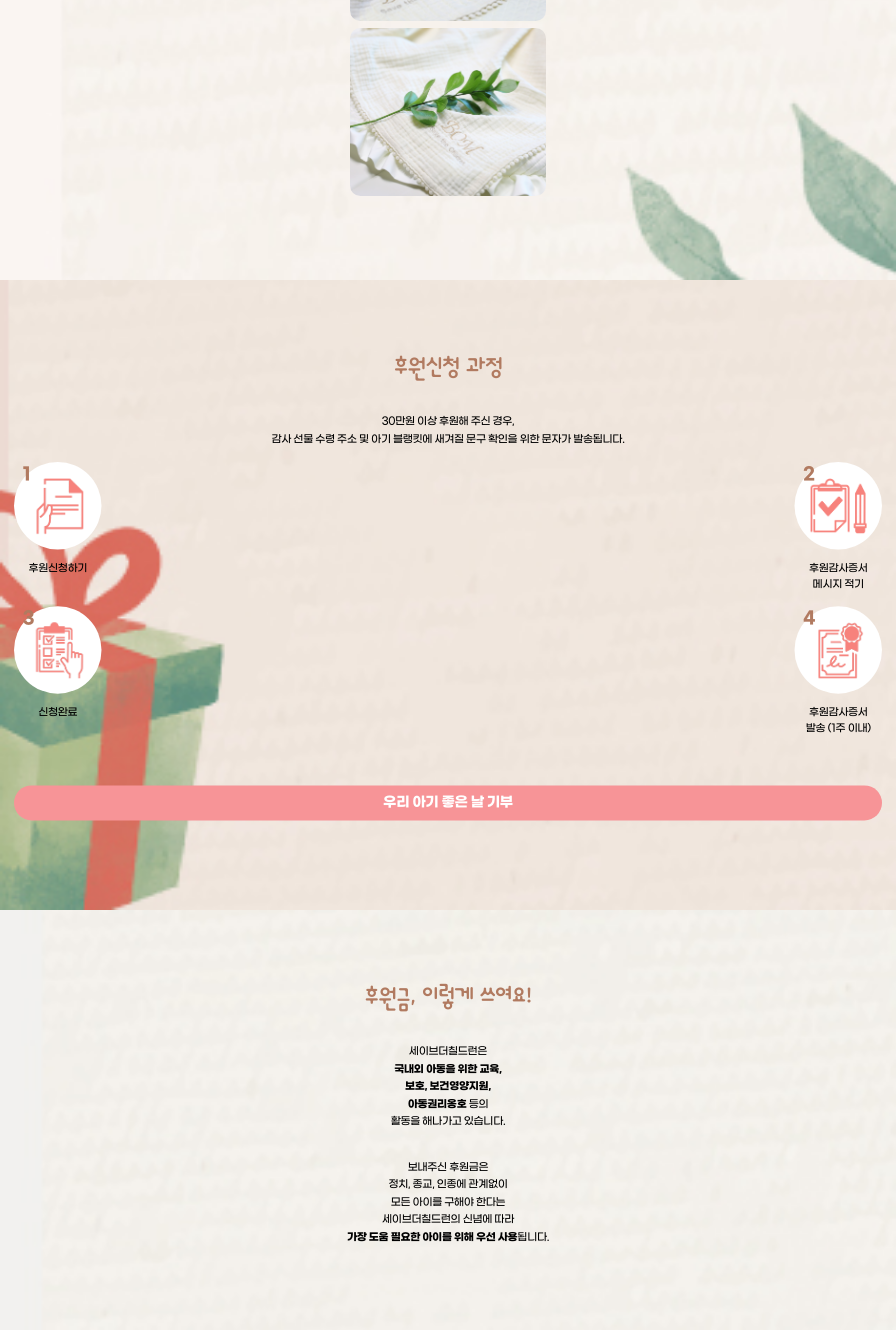
Repository: dlgywls1130/save_the_m320
Page: index.html
These files come from the project's save history. The page is drawn as it stood at one moment and after the next save; the edit follows.
The browser window is 1280 px wide. The pictures show the part of the page from y = 4240 to 6140 px (the page is 7140 px tall), at 70% of full size.
Pictures or frames that could not be fetched are drawn as grey boxes.

Above is the page before, as saved 2023-12-21 11:25:19.

### index.html
<!DOCTYPE html>
<html lang="en">
<head>
    <meta charset="UTF-8">
    <meta name="viewport" content="width=device-width, initial-scale=1.0">
    <title>세이브더칠드런</title>

    <link rel="stylesheet" href="./css/reset.css">
    <link rel="stylesheet" href="./css/style.css">

</head>
<body>
    <div class="content_body">
        <section class="section_wrapper section01">
            <div class="se01 se_wrapper">
                <div class="seo01_mobile_wrapp">
                    <div class="se01_sub">
                        <div class="sub_logo">
                            <img src="./img/logo01.png" alt="logo">
                        </div>
                        <p>우리 아기 좋은 날 기부</p>
                    </div>
                    <p class="seo01_title">
                        아가야,
                    </p>
                    <p class="seo01_title_two">
                        너의 <span id="rollingText">탄생</span> 순간을 축하해!
                    </p>
                </div>
                <div class="seo01_mobile_wrapp_bottom">
                    <p class="section_descript mb-45">
                        아이의 건강과 행복을
                        <br>바라는 마음을 담아,
                        <br>탄생, 백일, 첫 걸음마, 첫돌 등
                        <br>내 아이의 소중한 순간을
                        <br>기부로 기념해보세요.
                        <br>함께 자라나는 다른 아이들
                        <br>에게도 큰 축복이 됩니다..
                    </p>

                    <a class="donation_link" href="javascript:void(0)">우리 아기 좋은 날 기부</a>
                </div>

            </div>
        </section>
        <section class="section_wrapper section02">
            <div class="se02 se_wrapper">
                <div class="postit_wrapper">
                    <div class="postit postit01">
                        <p>우리 아들 우현이의<br>
                        200일을 축하해.<br>
                        <span>건강하게 자라줘서 고마워 <img src="./img/heart.png"></span>
                        늘 사랑받고 받은 사랑만큼<br>
                        베풀 수 있는 건강하고<br>
                        멋진 아들이 되길 바래!</p>
                    </div>
                    <div class="postit postit02">
                        <p>우리 새로아<Br>
                        백일 동안 무럭무럭 자라줘서<Br>
                        고마워~앞으로도 건강하고<Br>
                        우리 같이 재미있게 많이 놀자.<Br>
                        엄마,아빠가 많이 사랑해.</p>
                    </div>

                    <div class="postit postit05">
                        <p>사랑하는 도현이의<br>
                        첫 어린이날과 첫돌을<br>
                        기념하며, <br>
                        이웃을 사랑하는<br>
                        멋진 사람으로 자라길</p>

                    </div>
                    <!-- <div class="postit postit04">
                        <p>보미야<br>
                        첫 번째 생일 축하해<br>
                        너의 존재가 온 세상에<br>
                        봄이길 바랄게!   </p>
                    </div> -->

                    <!-- <div class="postit postit03">
                        <p>서진아<br>
                        우리에게 와줘서 고마워<br>
                        건강하고 행복하게 자라렴.<br>
                        사랑해♡      </p>
                    </div> -->

                </div>

            </div>
        </section>
        <section class="section_wrapper section03">
            <div class="se_wrapper se03">
                <div class="se_title_co">
                    아기의 좋은 날을<br> 기념해 주신 모든 분들께
                    <br>후원감사증서를 <br> 보내드립니다.
                </div>
                <div class="se_sub_co">
                    후원감사증서는<Br> 아기에게 남기고 싶은 메시지와 아기의 좋은 날이 담긴 사진을<br> 보관할 수 있도록
                    만들어드립니다.<br> 먼 훗날, 아기가 성장해 읽게 될 날을 그리며 편지를 써보세요.
                </div>
            </div>

        </section>
        <section class="section_wrapper section04">
            <div class="se_wrapper se04">
                <div class="se_title_co">
                    이름 자수 순면거즈블랭킷
                </div>
                <div class="se_sub_co">
                    30만원 이상 후원하신 분들께는<br> 순면 거즈 아기 블랭킷(90*110)에
                    <Br>원하시는 이름(영문)을<br> 예쁘게 수놓아 드립니다.
                </div>

                <div class="se04_slide mt-85">
                    <div class="se04_slide_list">
                        <img src="./img/slide03.jpg">
                    </div>
                    <div class="se04_slide_list">
                        <img src="./img/slide02.jpg">
                    </div>
                    <div class="se04_slide_list">
                        <img src="./img/slide01.jpg">
                    </div>
                </div>
            </div>
        </section>
        <section class="section_wrapper section05">
            <div class="se_wrapper se05">
                <div class="se_title_co">
                    후원신청 과정
                </div>


                <div class="se_sub_co">
                    30만원 이상 후원해 주신 경우,
                    <br>감사 선물 수령 주소 및 아기 블랭킷에 새겨질 문구 확인을 위한 문자가 발송됩니다.
                </div>

                <div class="se_step_list">
                    <div class="se_step">
                        <p class="step_number">1</p>
                        <div class="step_ico">
                            <img src="./img/icon01.png" alt="img">
                        </div>
                        <p class="step_descript">
                            후원신청하기
                        </p>
                    </div>
                    <div class="se_step">
                        <p class="step_number">2</p>
                        <div class="step_ico">
                            <img src="./img/icon02.png" alt="img">
                        </div>
                        <p class="step_descript">
                            후원감사증서
                            <Br>메시지 적기
                        </p>
                    </div>
                </div>
                <div class="se_step_list">
                    <div class="se_step">
                        <p class="step_number">3</p>
                        <div class="step_ico">
                            <img src="./img/icon03.png" alt="img">
                        </div>
                        <p class="step_descript">
                            신청완료
                        </p>
                    </div>
                    <div class="se_step">
                        <p class="step_number">4</p>
                        <div class="step_ico">
                            <img src="./img/icon04.png" alt="img">
                        </div>
                        <p class="step_descript">
                            후원감사증서 <Br>발송 (1주 이내)
                        </p>
                    </div>
                </div>


                <a class="donation_link" href="javascript:void(0)">우리 아기 좋은 날 기부</a>
            </div>

        </section>
        <section class="section_wrapper section06">
            <div class="se_wrapper se06">
                <div class="se_title_co">
                    후원금, 이렇게 쓰여요!
                </div>
                <div class="se_sub_co">
                    세이브더칠드런은 <Br><span>국내외 아동을 위한 교육,
                    <Br>보호, 보건영양지원,<Br> 아동권리옹호</span> 등의<Br> 활동을 해나가고 있습니다.
                </div>
                <div class="se_sub_co">
                    보내주신 후원금은<Br> 정치, 종교, 인종에 관계없이<Br> 모든 아이를 구해야 한다는
                    <Br>세이브더칠드런의 신념에 따라 <Br><span>가장 도움 필요한 아이를 위해 우선 사용</span>됩니다.
                </div>
            </div>

        </section>
        <section class="section_wrapper section07">
            <div class="se_wrapper se07">
                <div class="se_title_co">
                    FAQ
                </div>
                <div class="accordion">
                    <div class="accordion-item">
                        <h3 class="title">
                            <span>1. 30만원 이상 후원했습니다. <br>거즈 순면 블랭킷은 언제 오나요?</span>
                            <img src="./img/top.png">
                        </h3>
                        <p class="paragraph">
                            우리아기 축하기부로 30만원 이상 후원자님들께는 담요에 수놓을 아기 이름과
                            선물 수령 주소 확인을 위한 문자가 발송됩니다.
                            02-6900-4479로 발송되는 문자 속 설문조사에 답해주세요.
                            확인을 완료하신 분들께는 블랭킷 제작을 담당하고 있는 조니 스튜디오에서
                            아기 이름 자수 작업 완료 후 배송해 드립니다.

                        </p>
                    </div>
                    <div class="accordion-item">
                        <h3 class="title">
                            <span>2. 거즈 순면 블랭킷, 안전한 제품인가요?</span>
                            <img src="./img/top.png">
                        </h3>
                        <p class="paragraph">
                            본 블랭킷은 워싱된 3중 거즈로 제작되었으며, KC안전검사를 완료하였습니다.
                            소재 특성상 섬유 조각이 발생할 수 있어 망에 넣지 않고 3번 정도 물빨래 하시는 것을 권장합니다.

                        </p>
                    </div>
                    <div class="accordion-item">
                        <h3 class="title">
                            <span>3. 거즈 순면 블랭킷을 받았는 데 하자가 있어요. 어떻게 해야 하나요? </span>
                            <img src="./img/top.png">
                        </h3>
                        <p class="paragraph">
                            070-4220-4123 (조니스튜디오 CS)로 전화 연락 부탁드립니다. 하자 물품에 대한 교환은 수령일로부터 7일 이내에 조니스튜디오에 연락해주셔야 하며, 이로 인한 후원금 환불은 어렵습니다.
                        </p>
                    </div>
                    <div class="accordion-item">
                        <h3 class="title">
                            <span>4. 후원감사증서에 넣을 수 있는<Br> 사진 사이즈는 얼마인가요?</span>
                            <img src="./img/top.png">
                        </h3>
                        <p class="paragraph">
                            사진 인화 사이즈 5*7 인치에 맞추어서 제작되었습니다.  그보다 작은 사진일 경우, 후원감사증서
                            내부의 주머니에 넣어 보관하실 수도  있습니다.

                        </p>
                    </div>
                </div>
            </div>

        </section>
        <!-- <section class="section_wrapper section08">
            <div class="se_wrapper se08">
                <div class="se08_postion">
                    <p class="se08_title">우리 아기 좋은 날 기부</p>
                    <p class="se08_descript">
                        탄생, 백일, 첫 걸음마, 첫돌...
                        <br>소중한 우리 아기의 성장을 기념해 보세요!
                        <br>아기의 좋은 날이 모여 세상의 행복이 됩니다.
                    </p>
                    <a href="javascript:void(0)" class="more_btn">
                        <p>자세히보기</p>
                        <svg xmlns="http://www.w3.org/2000/svg" width="16" height="16" fill="currentColor" class="bi bi-chevron-right" viewBox="0 0 16 16">
                            <path fill-rule="evenodd" d="M4.646 1.646a.5.5 0 0 1 .708 0l6 6a.5.5 0 0 1 0 .708l-6 6a.5.5 0 0 1-.708-.708L10.293 8 4.646 2.354a.5.5 0 0 1 0-.708z"/>
                        </svg>
                    </a>
                </div>

            </div>
        </section> -->
    </div>

    <script src="https://ajax.googleapis.com/ajax/libs/jquery/1.12.4/jquery.min.js"></script>
    <script src="./js/main.js"></script>
</body>
</html>

### css/style.css

/* root */
:root{
    --main-color:#B17A60;
    --pink-color:#F79497;
}


/* font */

/* dongle */
@font-face {
    font-family: 'Dongle';
    font-weight: 300;
    src: url('../font/Dongle-Light.ttf') format('ttf'),
    url('../font/Dongle-Light.woff') format('woff');
}

@font-face {
    font-family: 'Dongle';
    font-weight: 500;
    src: url('../font/Dongle-Regular.ttf') format('ttf'),
    url('../font/Dongle-Regular.woff') format('woff');
}

@font-face {
    font-family: 'Dongle';
    font-weight: 700;
    src: url('../font/Dongle-Bold.ttf') format('ttf'),
    url('../font/Dongle-Bold.woff') format('woff');
}


/* Gmarket */
@font-face {
    font-family: 'GmarketSans';
    font-weight: 300;
    src: url('../font/GmarketSansLight.ttf') format('ttf'),
    url('../font/GmarketSansLight.woff') format('woff');
}

@font-face {
    font-family: 'GmarketSans';
    font-weight: 500;
    src: url('../font/GmarketSansMedium.ttf') format('ttf'),
    url('../font/GmarketSansMedium.woff') format('woff');
}

@font-face {
    font-family: 'GmarketSans';
    font-weight: 700;
    src: url('../font/GmarketSansBold.ttf') format('ttf'),
    url('../font/GmarketSansBold.woff') format('woff');
}


/* nanumsqure */

@font-face {
    font-family: 'NanumSquare';
    font-weight: 400;
    src: url('../font/NanumSquareL.ttf') format('ttf'),
    url('../font/NanumSquareL.woff') format('woff');
}

@font-face {
    font-family: 'NanumSquare';
    font-weight: 500;
    src: url('../font/NanumSquareR.ttf') format('ttf'),
    url('../font/NanumSquareR.woff') format('woff');
}

@font-face {
    font-family: 'NanumSquare';
    font-weight: 600;
    src: url('../font/NanumSquareB.ttf') format('ttf'),
    url('../font/NanumSquareB.woff') format('woff');
}

@font-face {
    font-family: 'NanumSquare';
    font-weight: 700;
    src: url('../font/NanumSquareEB.ttf') format('ttf'),
    url('../font/NanumSquareEB.woff') format('woff');
}



/* scdream5 */
@font-face {
    font-family: 'SCDream5';
    src: url('../font/SCDream5.woff') format('woff'),
    url('../font/SCDream5.ttf') format('ttf'),
    url('../font/SCDream5.otf') format('otf');
}


.section_wrapper{
    max-width:100%;
    width: 100%;

}

.se_wrapper{
    max-width: 100%;
    width: 100%;
    position: relative;
    box-sizing: border-box;
}


/* section01 */


.section01{
    background: url('../img/back.jpg') no-repeat;
    height: 1010px;
    background-size: cover;
    background-position: 86%;
}

.se01{
    padding: 60px 20px;
    box-sizing: border-box;
    height: 100%;
    position: relative;
    display: flex;
    flex-direction: column;
    justify-content: space-between;
}
.se01_sub{
    display: flex;
    align-items: center;
    margin-bottom: 30px;
    flex-direction: column;
}

.sub_logo{
    width: 120px;
    height: 60px;
}

.sub_logo img{
    width: 100%;
    height: 100%;
    object-fit: contain;
}

.se01_sub p{
    width: 190px;
    height: 30px;
    background: #B17A60;
    border-radius: 15px;
    display: flex;
    align-items: center;
    justify-content: center;
    letter-spacing: -0.03em;
    font-size: 15px;
    font-weight: 700;
    font-family: 'GmarketSans',sans-serif;
    color: #fff;
}

.seo01_title{
    font-family: 'Dongle',sans-serif;
    font-weight: 500;
    font-size: 100px;
    color: var(--main-color);
    letter-spacing: -0.03em;
    text-align: center;
}

.seo01_title_two{
    font-family: 'Dongle',sans-serif;
    font-weight: 500;
    font-size: 50px;
    color: var(--main-color);
    letter-spacing: -0.03em;
    margin-top: -7%;
    margin-bottom: 50px;
    display: flex;
    align-items: center;
    white-space: nowrap;
    text-align: center;
    justify-content: center;
}

.seo01_title_two span{
    margin: 0 0.5rem;
}
.section_descript{
    font-size: 15px;
    line-height: 25px;
    font-family: 'GmarketSans';
    font-weight: 500;
    letter-spacing: -0.03em;
    color: #000;
    text-align: center;
}

.donation_link{
    width: 100%;
    height: 50px;
    border-radius: 100px;
    display: flex;
    align-items: center;
    justify-content: center;
    background: var(--pink-color);
    color: #fff;
    font-family: 'GmarketSans';
    font-size: 20px;
    font-weight: 700;
    letter-spacing: -0.03em;
    text-decoration: none;
    margin: 40px auto 0;
}


@keyframes roll {
    from {
        transform: translateY(40%);
        opacity: 0;
    }
    to {
        transform: translateY(0);
        opacity: 1;
    }
  }


  #rollingText.animate-text {
    animation: roll 0.5s ease-in-out;
}

/* section02 */

.section02{
    height: 1500px;
    background: url('../img/back01.jpg') no-repeat;
    background-size: cover;
}

.se02{
    box-sizing: border-box;
    height: 100%;
}
.postit_wrapper{
    width: 100%;
    padding: 40px 20px;
    position: relative;
    display: flex;
    flex-direction: column;
    align-items: center;
    box-sizing: border-box;
}

.ex_text{
    font-family: 'GmarketSans';
    font-size: 20px;
    font-weight: 500;
    letter-spacing: -0.03em;
}


.postit p img{
    width: 15px;
    height: auto;
    object-fit: contain;
}
.postit p{
    font-family: 'SCDream5';
    font-size: 15px;
    line-height: 25px;
    text-align: center;
    display: flex;
    justify-content: center;
    align-items: center;
    flex-direction: column;
    height: 100%;
}

.postit01{
    background:url('../img/post04.png') no-repeat;
    width: 285px;
    height: 300px;
    background-size: contain;
    box-sizing: border-box;
}

.postit01 p{
    transform: rotate(358deg);
}

.postit02{
    background: url('../img/post05.png') no-repeat;
    width: 285px;
    height: 300px;
    background-size: contain;
    box-sizing: border-box;
    margin-top: -27%;
}

.postit02 p{
    transform: rotate(7deg);
}

.postit03{
    background:url('../img/post02.png') no-repeat;
    width: 285px;
    height: 300px;
    background-size: contain;
    box-sizing: border-box;
    margin-top: -25%;
    transform: rotate(-14deg);
}

.postit03 p{
    transform: rotate(-7deg);
}

.postit04{
    background: url(../img/post03.png) no-repeat;
    width: 285px;
    height: 300px;
    background-size: cover;
    box-sizing: border-box;
    margin-top: -24%;
    transform: rotate(14deg);
}

.postit04 p{
    transform: rotate(7deg);
}

.postit05{
    background:url('../img/post01.png') no-repeat;
    width: 285px;
    height: 300px;
    background-size: contain;
    box-sizing: border-box;
    margin-top: -22%;
}

.postit05 p{
    transform: rotate(-9deg);
}

/* section03 */

.section03{
    height: 930px;
    background: url('../img/back02.jpg') no-repeat;
    background-size: cover;
}

.se03{
    padding: 100px 20px 70px;
    box-sizing: border-box;
    height: 100%;
}


.se_title_co{
    font-size: 50px;
    line-height: 50px;
    letter-spacing: -0.03em;
    font-family: 'Dongle';
    font-weight: 500;
    color: var(--main-color);
    text-align: center;
}

.se_sub_co{
    font-size: 15px;
    letter-spacing: -0.03em;
    line-height: 25px;
    font-family: 'GmarketSans';
    font-weight: 500;
    text-align: center;
    margin-top: 40px;
}

/* section04 */

.section04{
    height: 1200px;
    background: url('../img/back03.jpg') no-repeat;
    background-size: cover;
}

.se04{
    padding: 90px 20px;
    box-sizing: border-box;
    height: 100%;
}

.se04_slide{
    margin: 60px auto 0;
}


.se04_slide_list{
    width: 280px;
    height: 240px;
    border-radius: 9px;
    margin: 0 auto 10px;
}

.se04_slide_list img{
    width:100%;
height: 100%;
object-fit: cover;
border-radius: 15px;
}
/* section05 */
.section05{
    height:900px;
    background: url('../img/back04.jpg') no-repeat;
    background-size: cover;
}

.se05{
    padding: 100px 20px 80px;
    box-sizing: border-box;
    height: 100%;
}

.se_step_list{
    display: flex;
    align-content: center;
    margin-top: 20px;
    position: relative;
    flex-wrap: wrap;
    justify-content: space-between;
}


.se_step_list .se_step{
    position: relative;
    display: flex;
    flex-direction: column;
    align-items: center;
}

.step_number{
    font-size: 25px;
    letter-spacing: -0.03em;
    line-height: 35px;
    font-weight: 700;
    font-family: 'GmarketSans';
    position: absolute;
    left: 10%;
    top: 0;
    color: var(--main-color);
    z-index: 2;
}

.se_step_list .se_step .step_ico{
    width: 125px;
    height: 125px;
    border-radius: 50%;
    background-color: #fff;
    display: flex;
    align-items: center;
    justify-content: center;
    position: relative;
    z-index: 1;
}

.se_step_list .se_step .step_ico img {
    width: 80px;
    height: 80px;
    object-fit: contain;
    object-position: 73%;
}

.step_descript{
    font-size: 15px;
    letter-spacing: -0.03em;
    line-height: 23px;
    font-weight: 500;
    font-family: 'GmarketSans';
    text-align: center;
    margin-top: 15px;
    color: #000;
}


.section05 .donation_link{
    margin: 70px auto 0;
}


/* section06 */
.section06{
    height:600px;
    background: url('../img/back06.jpg') no-repeat;
    background-size: cover;
}

.se06{
    padding: 100px 20px;
    height: 100%;
    box-sizing: border-box;
}


.se_sub_co span{
    font-weight: 700;
}
/* section07 */

.section07{
    height:1000px;
    background: url('../img/back07.jpg') no-repeat;
}

.se07{
    padding: 100px 20px;
    height: 100%;
    box-sizing: border-box;
}


.accordion{
    margin-top: 38px;
}
.accordion-item {
    padding:15px 0;
    margin: 0;
    overflow: hidden;
}

.accordion-item .title {
    display: flex;
    justify-content: center;
    align-items: center;
    font-weight: 700;
    font-size: 15px;
    line-height: 30px;
    letter-spacing: -0.03em;
    cursor: pointer;
    width: 100%;
    height: 120px;
    border-radius: 20px;
    background-color: #fff;
    color: var(--main-color);
    padding: 0 20px;
    font-family: 'GmarketSans';
    box-sizing: border-box;
    text-indent: -10px;
    flex-direction: column;
    text-align: center;
}

.accordion-item .title img {
    font-size: 0.9rem;
    color: #454545;
    transform: rotate(0);
    transition: transform 0.15s ease;
    width: 20px;
    height: auto;
}

.accordion-item .paragraph {
    font-weight: 500;
    font-size: 20px;
    letter-spacing: -0.03em;
    color: #000;
    display: none;
    padding: 30px 35px 15px;
    list-style: inside;
    line-height: 30px;
    font-family: 'GmarketSans';
}

.accordion-item .paragraph .indent{
    text-indent: 1rem;
}


.accordion-item .paragraph span{
    font-weight: bold;
}

.accordion-item.active .title img{
    transform: rotate(180deg);
}

.accordion-item.active .paragraph {
    display: block;
}


/* section08 */

.section08{
    height:500px;
    background: url('../img/banner.jpg') no-repeat;
}
.se08{
    position: relative;
    height: 100%;
}

.se08_postion{
    display: flex;
    align-items: center;
    justify-content: center;
    flex-direction: column;
    height: 100%;
}

.se08_title{
    font-family: 'NanumSquare';
    font-weight: 600;
    font-size: 30px;
    letter-spacing: -0.05em;
    line-height: 50px;
    position: relative;
    text-align: center;
    margin-bottom: 30px;
}



.se08_descript{
    font-family: 'NanumSquare';
    font-weight: 500;
    font-size: 20px;
    line-height: 30px;
    letter-spacing: -0.05em;
    text-align: center;
}

.more_btn{
    margin-top: 38px;
    width: 150px;
    height: 40px;
    background: #543F2C;
    display: flex;
    align-items: center;
    justify-content: center;
    text-decoration: none;
}

.more_btn p{
    font-family: 'NanumSquare';
    font-weight: 500;
    font-size: 18px;
    color: #fff;

}

.more_btn svg{
    fill: #fff;
}

Loaded but not shown: js/main.js (46 lines, source omitted); css/reset.css (45 lines, source omitted)

After the next save:
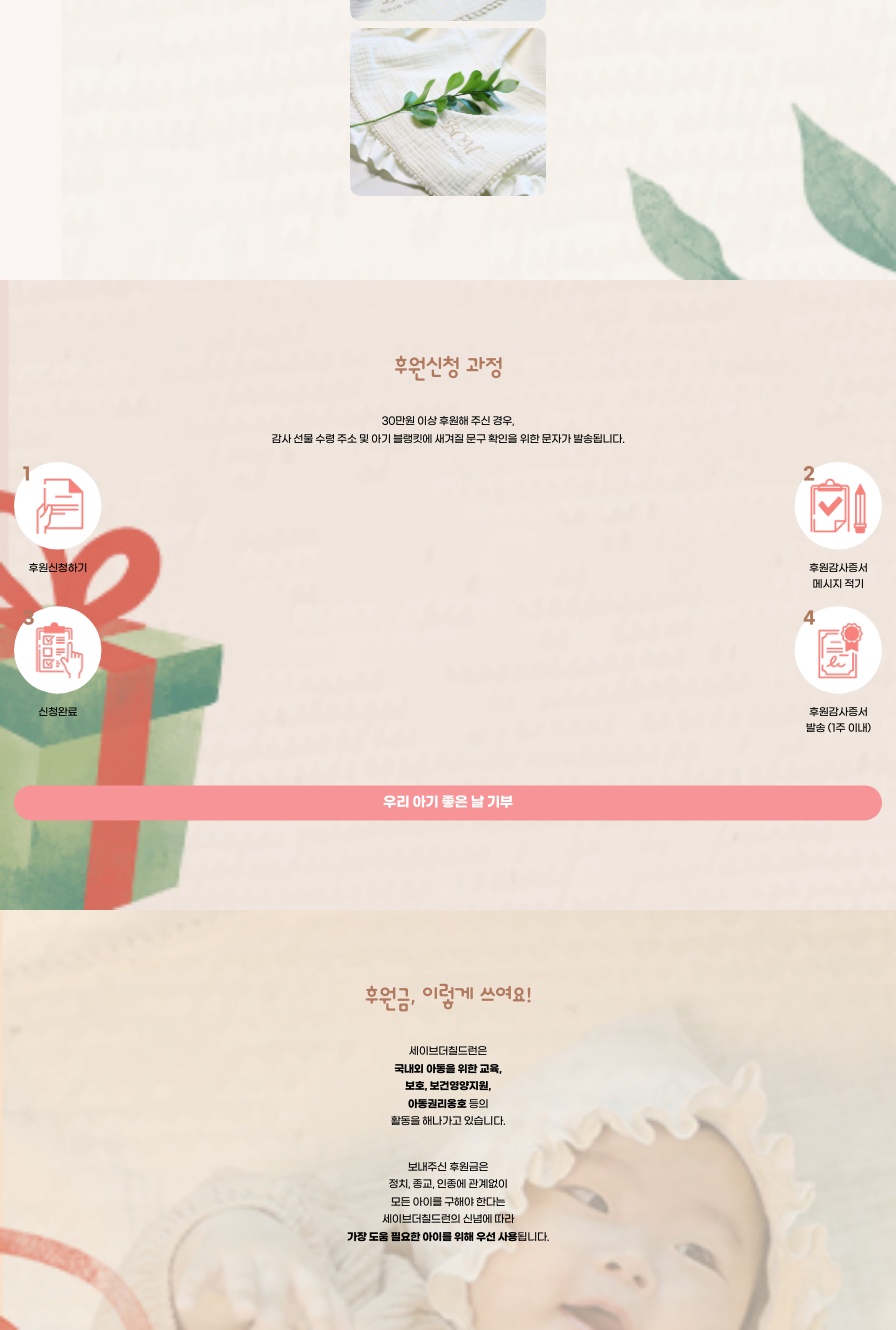
Saved 12 s later.
--- a/css/style.css
+++ b/css/style.css
@@ -494,7 +494,7 @@
 /* section06 */
 .section06{
     height:600px;
-    background: url('../img/back06.jpg') no-repeat;
+    background: url('../img/back05.jpg') no-repeat;
     background-size: cover;
 }
 
